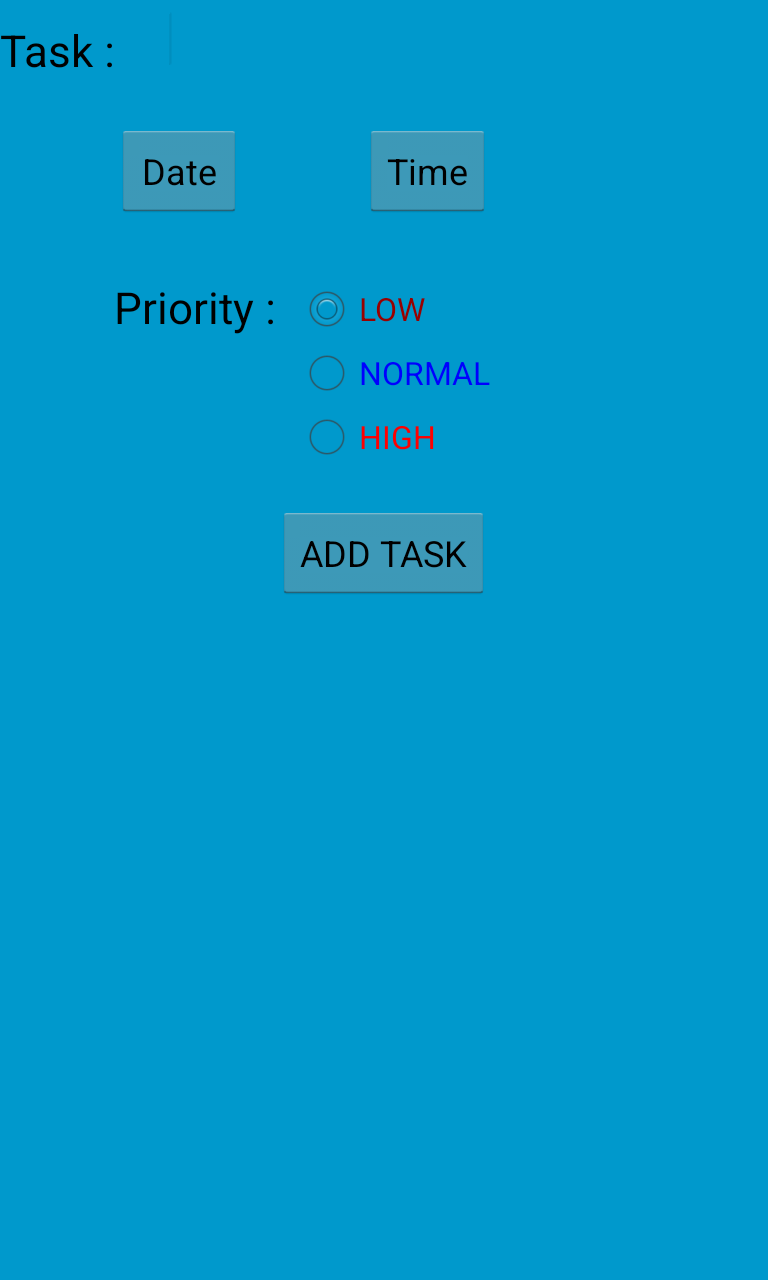
Repository: satyadarls/ToDo
Layout: ToDo/res/layout/customdialog_layout.xml
The author's editor kept a copy of each file at every save. The layout is drawn from the files as they stood at one save, then again after the next save.
It is drawn on a 768 x 1280 px phone screen (xhdpi) without system bars, with theme AppTheme; the app's code is not run.

Above is the layout before, as saved 2014-07-03 14:49:59.

### ToDo/res/layout/customdialog_layout.xml
<?xml version="1.0" encoding="utf-8"?>
<RelativeLayout xmlns:android="http://schemas.android.com/apk/res/android"
    xmlns:android1="http://schemas.android.com/apk/res/android"
    android:layout_width="match_parent"
    android:layout_height="match_parent"
    android:background="#0099CC" >

    <TextView
        android:id="@+id/textView1"
        android:layout_width="wrap_content"
        android:layout_height="wrap_content"
        android:layout_alignBottom="@+id/dialogTaskText"
        android:layout_alignParentLeft="true"
        android:text="Task :"
        android:textAppearance="?android:attr/textAppearanceLarge" />

    <Button
        android:id="@+id/timebutton"
        android:layout_width="wrap_content"
        android:layout_height="wrap_content"
        android:layout_alignBaseline="@+id/datebutton"
        android:layout_alignBottom="@+id/datebutton"
        android:layout_marginLeft="60dp"
        android:layout_toRightOf="@+id/datebutton"
        android:text="Time" />

    <Button
        android:id="@+id/datebutton"
        android:layout_width="wrap_content"
        android:layout_height="wrap_content"
        android:layout_below="@+id/dialogTaskText"
        android:layout_marginTop="22dp"
        android:layout_toRightOf="@+id/textView1"
        android:text="Date" />

    <EditText
        android:id="@+id/dialogTaskText"
        android:layout_width="wrap_content"
        android:layout_height="wrap_content"
        android:layout_alignLeft="@+id/datebutton"
        android:layout_alignParentTop="true"
        android:layout_marginLeft="15dp"
        android:ems="10" >

        <requestFocus />
    </EditText>

    <RadioGroup
        android:id="@+id/radioGroup1"
        android:layout_width="wrap_content"
        android:layout_height="wrap_content"
        android:layout_alignRight="@+id/dialogButton"
        android:layout_below="@+id/timebutton"
        android:layout_marginTop="29dp" >

        <RadioButton
            android:id="@+id/radio0"
            android:layout_width="wrap_content"
            android:layout_height="wrap_content"
            android:checked="true"
            android:textColor="#990000"
            android:text="LOW" />

        <RadioButton
            android:id="@+id/radio1"
            android:layout_width="wrap_content"
            android:layout_height="wrap_content"
            android:textColor="#0000ff"
            android:text="NORMAL" />

        <RadioButton
            android:id="@+id/radio2"
            android:layout_width="wrap_content"
            android:layout_height="wrap_content"
            android:textColor="#ff0000"
            android:text="HIGH" />
    </RadioGroup>

    <Button
        android:id="@+id/dialogButton"
        android:layout_width="wrap_content"
        android:layout_height="wrap_content"
        android:layout_below="@+id/radioGroup1"
        android:layout_centerHorizontal="true"
        android:layout_marginTop="18dp"
        android:text="ADD TASK" />

    <TextView
        android:id="@+id/textView2"
        android:layout_width="wrap_content"
        android:layout_height="wrap_content"
        android:layout_alignTop="@+id/radioGroup1"
        android:layout_toLeftOf="@+id/dialogButton"
        android:text="Priority :"
        android:textAppearance="?android:attr/textAppearanceLarge" />

</RelativeLayout>

Loaded but not shown: ToDo/res/values/styles.xml (common file); ToDo/res/values-v11/styles.xml (common file); ToDo/res/values-v14/styles.xml (common file)

After the next save:
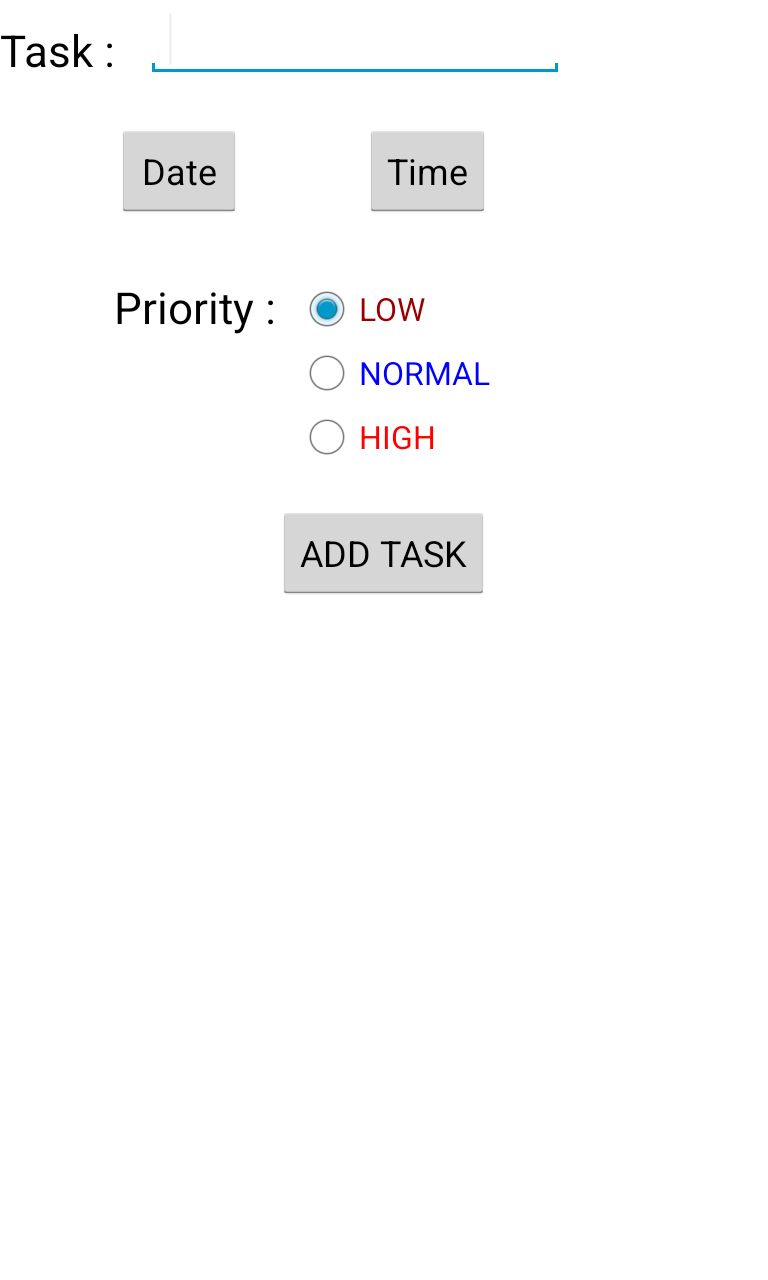
Saved 24 s later.
--- a/ToDo/res/layout/customdialog_layout.xml
+++ b/ToDo/res/layout/customdialog_layout.xml
@@ -2,8 +2,7 @@
 <RelativeLayout xmlns:android="http://schemas.android.com/apk/res/android"
     xmlns:android1="http://schemas.android.com/apk/res/android"
     android:layout_width="match_parent"
-    android:layout_height="match_parent"
-    android:background="#0099CC" >
+    android:layout_height="match_parent" >
 
     <TextView
         android:id="@+id/textView1"

After the save that followed:
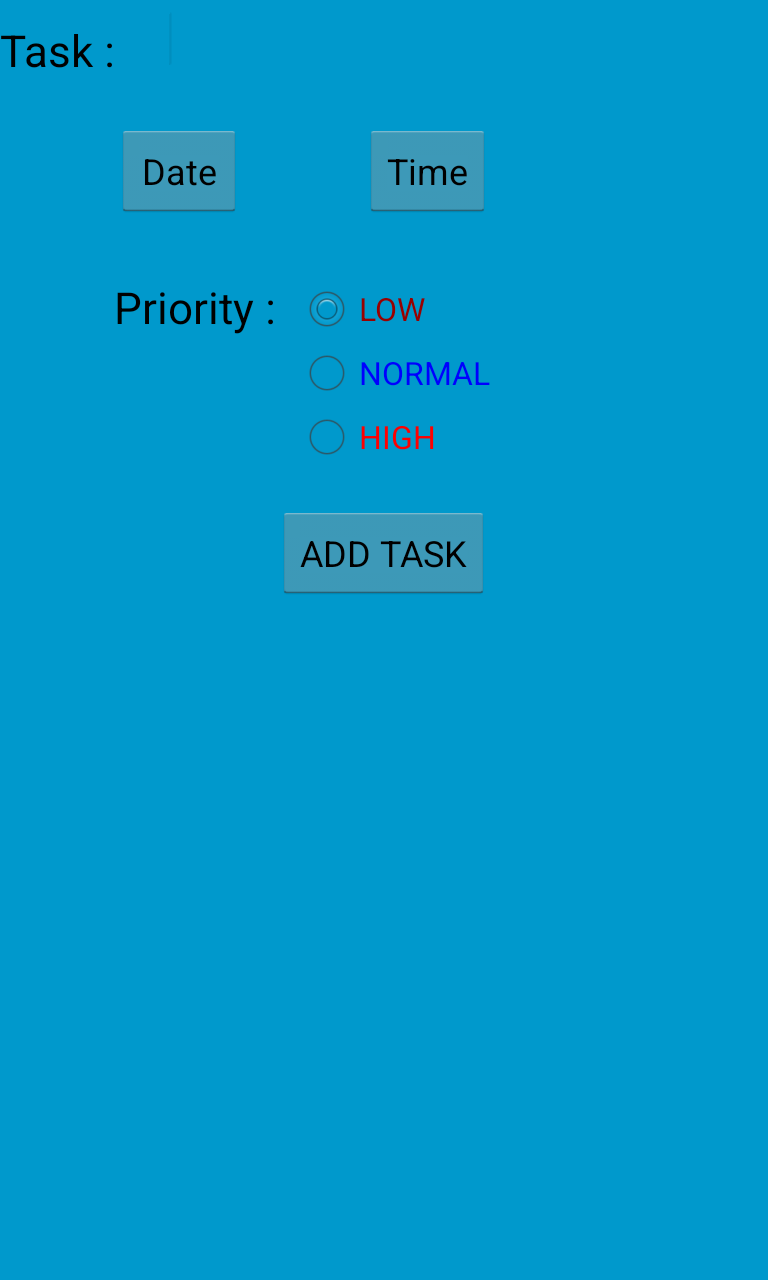
Saved 11 s later.
--- a/ToDo/res/layout/customdialog_layout.xml
+++ b/ToDo/res/layout/customdialog_layout.xml
@@ -2,7 +2,8 @@
 <RelativeLayout xmlns:android="http://schemas.android.com/apk/res/android"
     xmlns:android1="http://schemas.android.com/apk/res/android"
     android:layout_width="match_parent"
-    android:layout_height="match_parent" >
+    android:layout_height="match_parent"
+    android:background="#0099CC" >
 
     <TextView
         android:id="@+id/textView1"
